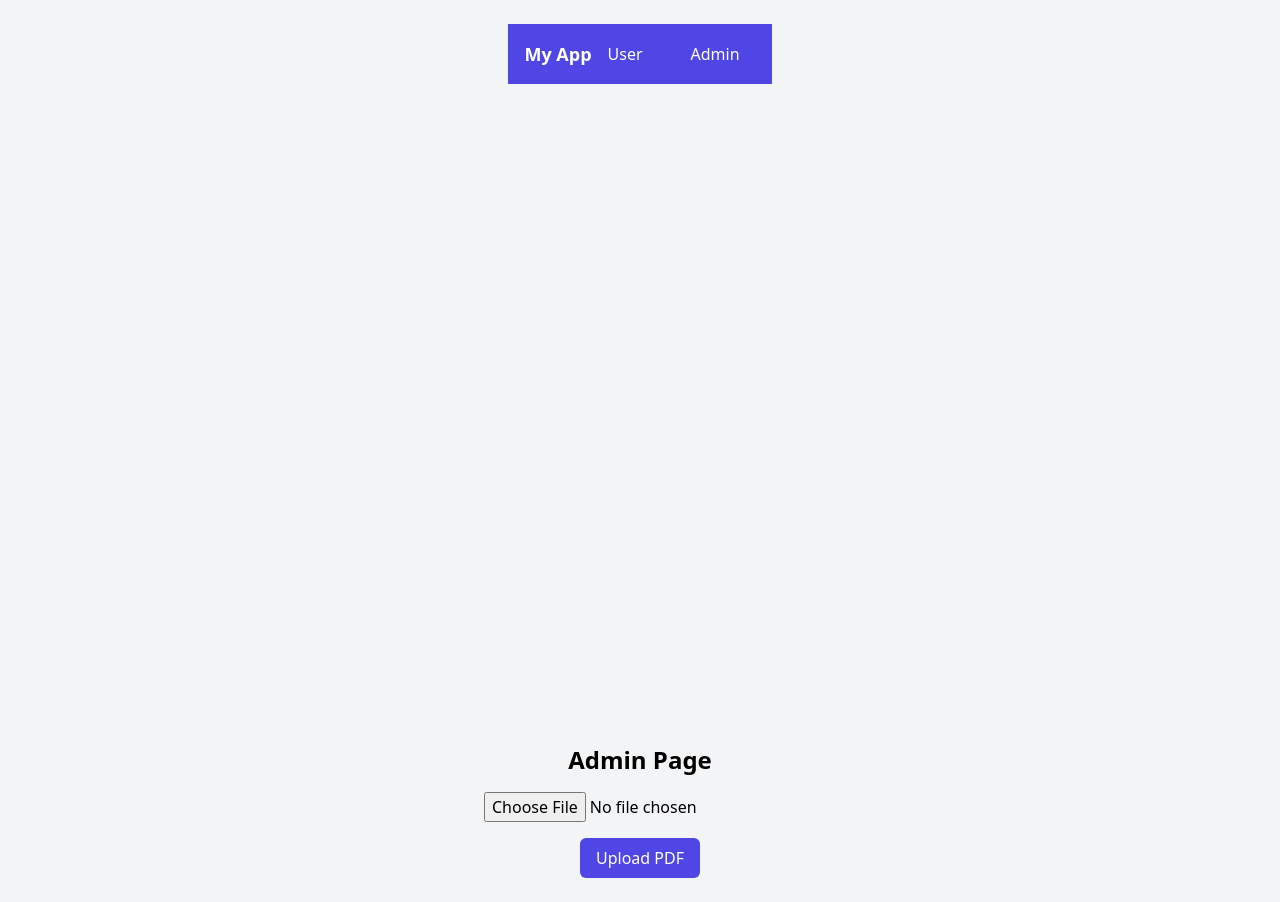
Repository: HackRx50/PS6-3k1P
Page: /admin (app in frontend/)
These files come from the project's save history. The page is drawn as it stood at one moment and after the next save; the edit follows.
The browser window is 1280 px wide. The pictures show the whole page.
The project was rebuilt for these pictures with package versions that can differ from the ones it lists, and the page was loaded fresh each time. Also part of the build but not shown: frontend/vite.config.js, frontend/src/pages/User.jsx, frontend/src/App.jsx, frontend/src/pages/Quiz.jsx.

Above is the page before, as saved 2024-09-19 23:39:31.

After the next save:
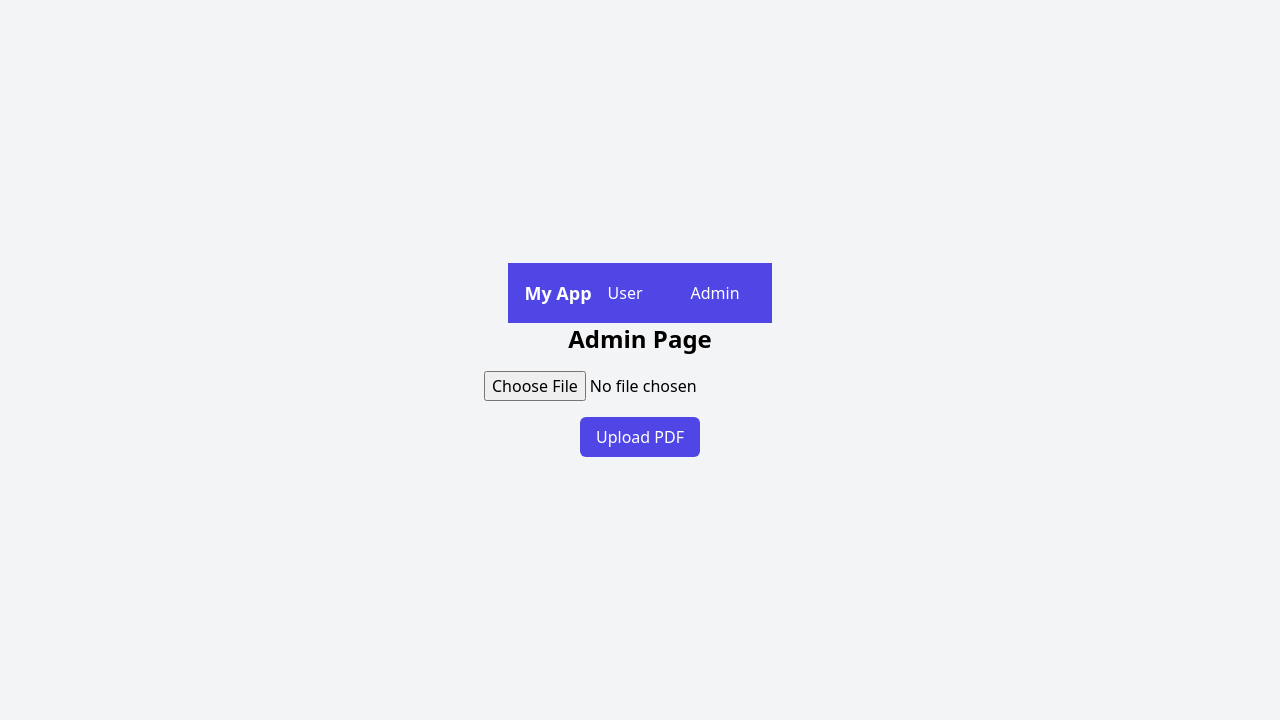
Saved 24 s later.
--- a/frontend/src/pages/Admin.jsx
+++ b/frontend/src/pages/Admin.jsx
@@ -37,9 +37,8 @@ function Admin() {
 
   return (
     <div className="min-h-screen flex flex-col items-center justify-center bg-gray-100 p-6">
-      <div className="min-h-screen flex flex-col">
         <Navbar />
-      </div>
+
       <h1 className="text-2xl font-bold mb-4">Admin Page</h1>
 
       <div className="mb-4">
